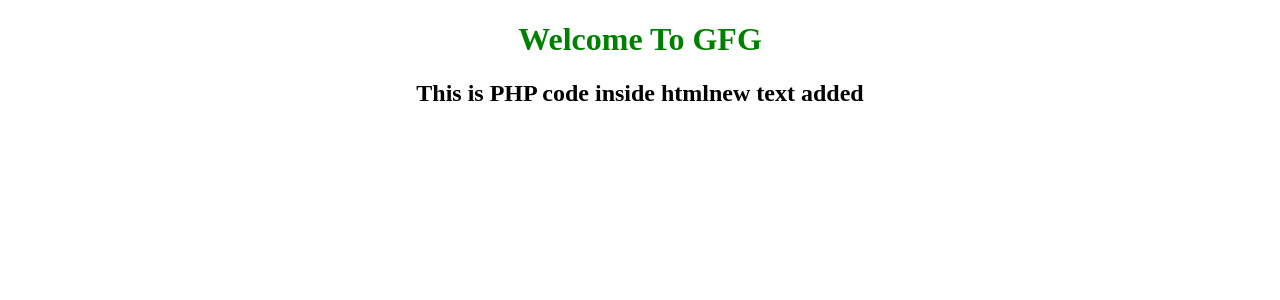
Repository: anish9914/phpprojectgh
Page: http://localhost/exsample1.php
These files come from the project's save history. The page is drawn as it stood at one moment and after a run of saves; the edit follows.
The browser window is 1280 px wide. The pictures show the whole page.
The page is run by PHP 8.4 with error messages shown; the project is at /var/www/html/.

Above is the page before, as saved 2022-12-14 11:07:21.

After the next 2 saves:
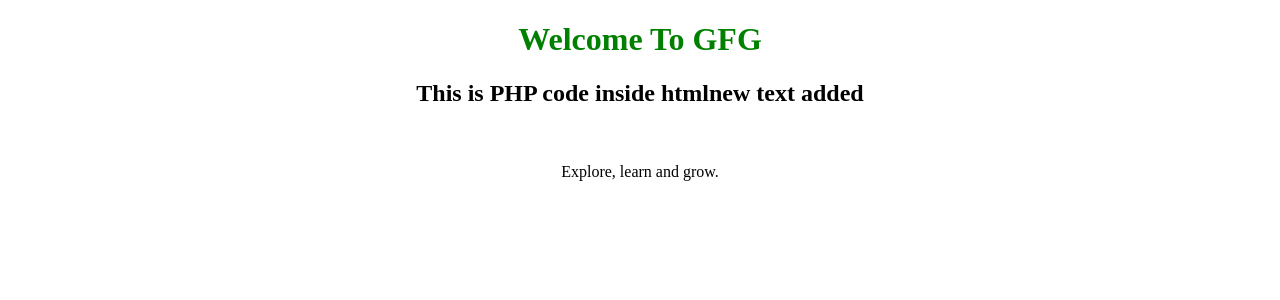
The 2 saves are shown as one change because they came seconds apart.
The last was saved 3 min 47 s later.
--- a/exsample1.php
+++ b/exsample1.php
@@ -21,6 +21,11 @@
 
             ?>
         </h2>
+        <br><br>
+        <?php
+        echo 'Explore, learn and grow.'
+        ?>
+        </p>
     </center>
 </body>
 
